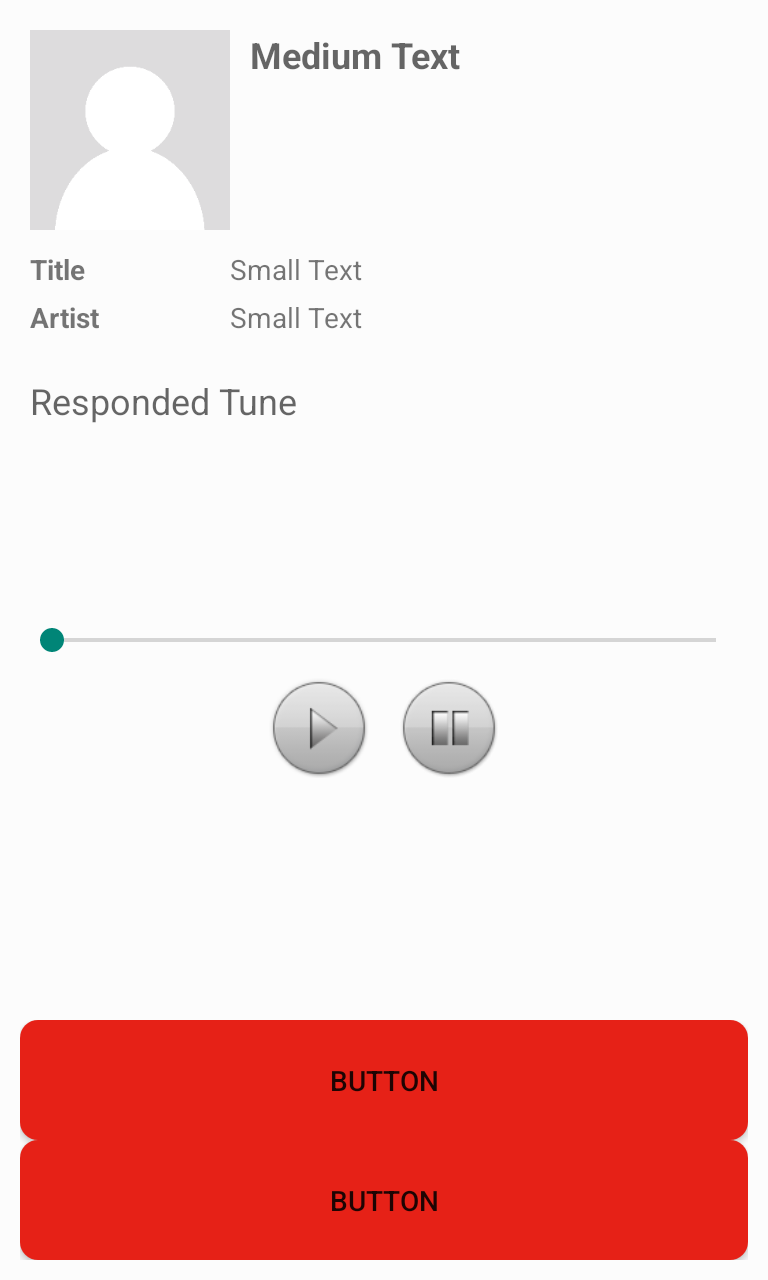
Repository: savindra/cutting-edge
Layout: Humzearch/res/layout/view_response_item.xml
An editor plug-in stored every save of this project. The layout is shown before and after the next save, followed by the edit.
It is drawn on a 768 x 1280 px phone screen (xhdpi) without system bars, with theme AppTheme; the app's code is not run.

Above is the layout before, as saved 2015-06-15 17:43:31.

### Humzearch/res/layout/view_response_item.xml
<?xml version="1.0" encoding="utf-8"?>
<RelativeLayout xmlns:android="http://schemas.android.com/apk/res/android"
    android:layout_width="match_parent"
    android:layout_height="match_parent"
    android:background="@color/background"
    android:orientation="vertical" >

    <ImageView
        android:id="@+id/imgViewResponseItemUser"
        android:layout_width="100dp"
        android:layout_height="100dp"
        android:layout_alignParentLeft="true"
        android:layout_alignParentTop="true"
        android:layout_marginLeft="15dp"
        android:layout_marginTop="15dp"
        android:src="@drawable/ic_default_user" />

    <LinearLayout
        android:id="@+id/linearLayout1"
        android:layout_width="wrap_content"
        android:layout_height="wrap_content"
        android:layout_alignParentLeft="true"
        android:layout_below="@+id/imgViewResponseItemUser"
        android:layout_marginLeft="15dp"
        android:layout_marginTop="10dp" >

        <TextView
            android:id="@+id/textView1"
            android:layout_width="100dp"
            android:layout_height="wrap_content"
            android:text="@string/title"
            android:textAppearance="?android:attr/textAppearanceSmall"
            android:textStyle="bold" />

        <TextView
            android:id="@+id/txtViewResponseItemTitle"
            android:layout_width="wrap_content"
            android:layout_height="wrap_content"
            android:text="Small Text"
            android:textAppearance="?android:attr/textAppearanceSmall" />
    </LinearLayout>

    <TextView
        android:id="@+id/txtViewResponseName"
        android:layout_width="wrap_content"
        android:layout_height="wrap_content"
        android:layout_alignTop="@+id/imgViewResponseItemUser"
        android:layout_marginLeft="10dp"
        android:layout_toRightOf="@+id/imgViewResponseItemUser"
        android:text="Medium Text"
        android:textAppearance="?android:attr/textAppearanceMedium"
        android:textStyle="bold" />

    <LinearLayout
        android:id="@+id/linearLayout2"
        android:layout_width="wrap_content"
        android:layout_height="wrap_content"
        android:layout_alignLeft="@+id/linearLayout1"
        android:layout_below="@+id/linearLayout1"
        android:layout_marginTop="5dp" >

        <TextView
            android:id="@+id/textView2"
            android:layout_width="100dp"
            android:layout_height="wrap_content"
            android:text="@string/artist"
            android:textAppearance="?android:attr/textAppearanceSmall"
            android:textStyle="bold" />

        <TextView
            android:id="@+id/textView3"
            android:layout_width="wrap_content"
            android:layout_height="wrap_content"
            android:text="Small Text"
            android:textAppearance="?android:attr/textAppearanceSmall" />
    </LinearLayout>

    <TextView
        android:id="@+id/textView4"
        android:layout_width="wrap_content"
        android:layout_height="wrap_content"
        android:layout_alignLeft="@+id/linearLayout2"
        android:layout_below="@+id/linearLayout2"
        android:layout_marginTop="20dp"
        android:text="@string/respondedtune"
        android:textAppearance="?android:attr/textAppearanceMedium" />

    <SeekBar
        android:id="@+id/seekBar1"
        android:layout_width="match_parent"
        android:layout_height="wrap_content"
        android:layout_alignParentLeft="true"
        android:layout_centerVertical="true"
        android:layout_margin="10dp" />

    <LinearLayout
        android:layout_width="match_parent"
        android:layout_height="wrap_content"
        android:layout_below="@+id/seekBar1"
        android:gravity="center" >

        <Button
            android:id="@+id/button1"
            android:layout_width="50dp"
            android:layout_height="50dp"
            android:layout_marginRight="15dp"
            android:background="@drawable/play_button" />

        <Button
            android:id="@+id/button2"
            android:layout_width="50dp"
            android:layout_height="50dp"
            android:background="@drawable/pause_button" />

    </LinearLayout>

    <LinearLayout
        android:layout_width="match_parent"
        android:layout_height="wrap_content"
        android:layout_alignParentBottom="true"
        android:layout_alignParentLeft="true"
        android:layout_margin="10dp"
        android:orientation="vertical" >

        <Button
            android:id="@+id/button3"
            android:layout_width="match_parent"
            android:layout_height="60dp"
            android:text="Button"
            android:background="@drawable/buttonshape" />

        <Button
            android:id="@+id/button4"
            android:layout_width="match_parent"
            android:layout_height="60dp"
            android:text="Button"
            android:background="@drawable/buttonshape" />
    </LinearLayout>

</RelativeLayout>

### Humzearch/res/values-v21/style.xml
<?xml version="1.0" encoding="utf-8"?>
<resources>
    <style name="AppTheme" parent="AppTheme.Base">
        <!-- Customize your theme using Material Design here. -->
    </style>
</resources>

### Humzearch/res/values/styles.xml
<resources>

    <!-- Base application theme. -->
    <style name="AppTheme" parent="AppTheme.Base"/>

    <style name="AppTheme.Base" parent="Theme.AppCompat.Light.DarkActionBar">
        <!-- Customize your theme here. -->

        <!-- colorPrimary is used for the default action bar background -->
        <item name="colorPrimary">@color/ColorPrimary</item>

        <!-- colorPrimaryDark is used for the status bar -->
        <item name="colorPrimaryDark">@color/ColorPrimaryDark</item>

        <!-- colorAccent is used as the default value for colorControlActivated
             which is used to tint widgets -->

        <!-- You can also set colorControlNormal, colorControlActivated
             colorControlHighlight & colorSwitchThumbNormal. -->

        <item name="homeAsUpIndicator">@drawable/ic_drawer</item>
		<item name="android:homeAsUpIndicator">@drawable/ic_drawer</item>
    </style>

    <style name="AppTheme.NoTitleBar" parent="Theme.AppCompat.Light.NoActionBar">
        <!-- Customize your theme here. -->

        <!-- colorPrimary is used for the default action bar background -->
        <item name="colorPrimary">@color/ColorPrimary</item>

        <!-- colorPrimaryDark is used for the status bar -->
        <item name="colorPrimaryDark">@color/ColorPrimaryDark</item>

        <!-- colorAccent is used as the default value for colorControlActivated
             which is used to tint widgets -->

        <!-- You can also set colorControlNormal, colorControlActivated
             colorControlHighlight & colorSwitchThumbNormal. -->
    </style>

    <style name="AppTheme.BackButton" parent="Theme.AppCompat.Light.DarkActionBar">
        <!-- Customize your theme here. -->

        <!-- colorPrimary is used for the default action bar background -->
        <item name="colorPrimary">@color/ColorPrimary</item>

        <!-- colorPrimaryDark is used for the status bar -->
        <item name="colorPrimaryDark">@color/ColorPrimaryDark</item>

        <!-- colorAccent is used as the default value for colorControlActivated
             which is used to tint widgets -->

        <!-- You can also set colorControlNormal, colorControlActivated
             colorControlHighlight & colorSwitchThumbNormal. -->
    </style>

    <style name="toolbar_bottom" parent="Widget.AppCompat.Toolbar">
    	<item name="contentInsetStart">0dp</item>
    	<item name="contentInsetEnd">0dp</item>
	</style>

</resources>

### Humzearch/res/values/color.xml
<?xml version="1.0" encoding="utf-8"?>
<resources>
    <color name="ColorPrimary">#e62117</color>
    <color name="ColorPrimaryDark">#c31c13</color>
    <color name="tabsScrollColor">#8a140e</color>
    <color name="fontblack">#000</color>

    <!-- Main menu colors -->
    <color name="list_item_title">#303030</color>
    <color name="list_background">#eee</color>
    <color name="list_background_pressed">#aaa</color>
    <color name="list_divider">#ccc</color>
    <color name="counter_text_bg">#626262</color>
    <color name="counter_text_color">#c5c4c4</color>

    <color name="button">#ccc</color>

    <color name="link">#909090</color>
    <color name="secondbar">#f5f5f5</color>
    <color name="background">#fcfcfc</color>

</resources>

### Humzearch/res/values/dimens.xml
<resources>

    <!-- Default screen margins, per the Android Design guidelines. -->
    <dimen name="activity_horizontal_margin">16dp</dimen>
    <dimen name="activity_vertical_margin">16dp</dimen>
    <dimen name="fontsize">18sp</dimen>

    <dimen name="title">17dp</dimen>
    <dimen name="rating">15dip</dimen>
    <dimen name="genre">13dip</dimen>
    <dimen name="year">12dip</dimen>

</resources>

### Humzearch/res/values/strings.xml
<?xml version="1.0" encoding="utf-8"?>
<resources>

    <string name="app_name">Humzearch</string>
    <string name="hello_world">Hello world!</string>
    <string name="action_settings">Settings</string>
    <string name="username">Username</string>
    <string name="email">Email</string>
    <string name="password">Password</string>
    <string name="login">Login</string>
    <string name="firstname">First Name</string>
    <string name="fullname">Full Name</string>
    <string name="firstandlast">First and Last Name</string>
    <string name="passwordhint">At least 6 characters</string>
    <string name="confirmpass">Confirm Password</string>
    <string name="logout">Logout</string>

    <!-- Nav Drawer Menu Items -->
    <string-array name="main_menu_items">
        <item >Record Tune</item>
        <item >View Tunes</item>
        <item >View Responses</item>
        <item >Rewards</item>
        <item >Messages</item>
        <item >My Account</item>
    </string-array>

    <!-- Nav Drawer List Item Icons -->
    <array name="main_menu_icons">
        <item>@drawable/ic_recordtune</item>
        <item>@drawable/ic_viewtune</item>
        <item>@drawable/ic_viewresponse</item>
        <item>@drawable/ic_reward</item>
        <item>@drawable/ic_messages</item>
        <item>@drawable/ic_myaccount</item>
    </array>

    <string name="desc_list_item_icon">Item Icon</string>

    <string name="timerstart">00:00</string>

    <string name="taptorecord">Tap to Record</string>

    <string name="playpreview">Play Preview</string>

    <string name="notsatisfied">Not satisfied with results?</string>

    <string name="sharewithcommunity">SHARE WITH COMMUNITY</string>

    <!-- Language List -->
    <string-array name="language_array">
        <item>-- Not Selected --</item>
        <item>English</item>
        <item>Chinese/Mandarin</item>
        <item>Spanish</item>
        <item>Arabic</item>
        <item>Hindi</item>
        <item>Russain</item>
        <item>Sinhalese</item>
    </string-array>

    <!-- Country List -->
    <string-array name="countries_array">
        <item>Not Selected</item>
	    <item>Afghanistan</item>
	    <item>Albania</item>
	    <item>Algeria</item>
	    <item>American Samoa</item>
	    <item>Andorra</item>
	    <item>Angola</item>
	    <item>Anguilla</item>
	    <item>Antarctica</item>
	    <item>Antigua and Barbuda</item>
	    <item>Argentina</item>
	    <item>Armenia</item>
	    <item>Aruba</item>
	    <item>Australia</item>
	    <item>Austria</item>
	    <item>Azerbaijan</item>
	    <item>Bahrain</item>
	    <item>Bangladesh</item>
	    <item>Barbados</item>
	    <item>Belarus</item>
	    <item>Belgium</item>
	    <item>Belize</item>
	    <item>Benin</item>
	    <item>Bermuda</item>
	    <item>Bhutan</item>
	    <item>Bolivia</item>
	    <item>Bosnia and Herzegovina</item>
	    <item>Botswana</item>
	    <item>Bouvet Island</item>
	    <item>Brazil</item>
	    <item>British Indian Ocean Territory</item>
	    <item>British Virgin Islands</item>
	    <item>Brunei</item>
	    <item>Bulgaria</item>
	    <item>Burkina Faso</item>
	    <item>Burundi</item>
	    <item>Cambodia</item>
	    <item>Cameroon</item>
	    <item>Canada</item>
	    <item>Cape Verde</item>
	    <item>Cayman Islands</item>
	    <item>Central African Republic</item>
	    <item>Chad</item>
	    <item>Chile</item>
	    <item>China</item>
	    <item>Christmas Island</item>
	    <item>Cocos (Keeling) Islands</item>
	    <item>Colombia</item>
	    <item>Comoros</item>
	    <item>Congo</item>
	    <item>Cook Islands</item>
	    <item>Costa Rica</item>
	    <item>Cote d\'Ivoire</item>
	    <item>Croatia</item>
	    <item>Cuba</item>
	    <item>Cyprus</item>
	    <item>Czech Republic</item>
	    <item>Democratic Republic of the Congo</item>
	    <item>Denmark</item>
	    <item>Djibouti</item>
	    <item>Dominica</item>
	    <item>Dominican Republic</item>
	    <item>East Timor</item>
	    <item>Ecuador</item>
	    <item>Egypt</item>
	    <item>El Salvador</item>
	    <item>Equatorial Guinea</item>
	    <item>Eritrea</item>
	    <item>Estonia</item>
	    <item>Ethiopia</item>
	    <item>Faeroe Islands</item>
	    <item>Falkland Islands</item>
	    <item>Fiji</item>
	    <item>Finland</item>
	    <item>Former Yugoslav Republic of Macedonia</item>
	    <item>France</item>
	    <item>French Guiana</item>
	    <item>French Polynesia</item>
	    <item>French Southern Territories</item>
	    <item>Gabon</item>
	    <item>Georgia</item>
	    <item>Germany</item>
	    <item>Ghana</item>
	    <item>Gibraltar</item>
	    <item>Greece</item>
	    <item>Greenland</item>
	    <item>Grenada</item>
	    <item>Guadeloupe</item>
	    <item>Guam</item>
	    <item>Guatemala</item>
	    <item>Guinea</item>
	    <item>Guinea-Bissau</item>
	    <item>Guyana</item>
	    <item>Haiti</item>
	    <item>Heard Island and McDonald Islands</item>
	    <item>Honduras</item>
	    <item>Hong Kong</item>
	    <item>Hungary</item>
	    <item>Iceland</item>
	    <item>India</item>
	    <item>Indonesia</item>
	    <item>Iran</item>
	    <item>Iraq</item>
	    <item>Ireland</item>
	    <item>Israel</item>
	    <item>Italy</item>
	    <item>Jamaica</item>
	    <item>Japan</item>
	    <item>Jordan</item>
	    <item>Kazakhstan</item>
	    <item>Kenya</item>
	    <item>Kiribati</item>
	    <item>Kuwait</item>
	    <item>Kyrgyzstan</item>
	    <item>Laos</item>
	    <item>Latvia</item>
	    <item>Lebanon</item>
	    <item>Lesotho</item>
	    <item>Liberia</item>
	    <item>Libya</item>
	    <item>Liechtenstein</item>
	    <item>Lithuania</item>
	    <item>Luxembourg</item>
	    <item>Macau</item>
	    <item>Madagascar</item>
	    <item>Malawi</item>
	    <item>Malaysia</item>
	    <item>Maldives</item>
	    <item>Mali</item>
	    <item>Malta</item>
	    <item>Marshall Islands</item>
	    <item>Martinique</item>
	    <item>Mauritania</item>
	    <item>Mauritius</item>
	    <item>Mayotte</item>
	    <item>Mexico</item>
	    <item>Micronesia</item>
	    <item>Moldova</item>
	    <item>Monaco</item>
	    <item>Mongolia</item>
	    <item>Montenegro</item>
	    <item>Montserrat</item>
	    <item>Morocco</item>
	    <item>Mozambique</item>
	    <item>Myanmar</item>
	    <item>Namibia</item>
	    <item>Nauru</item>
	    <item>Nepal</item>
	    <item>Netherlands</item>
	    <item>Netherlands Antilles</item>
	    <item>New Caledonia</item>
	    <item>New Zealand</item>
	    <item>Nicaragua</item>
	    <item>Niger</item>
	    <item>Nigeria</item>
	    <item>Niue</item>
	    <item>Norfolk Island</item>
	    <item>North Korea</item>
	    <item>Northern Marianas</item>
	    <item>Norway</item>
	    <item>Oman</item>
	    <item>Pakistan</item>
	    <item>Palau</item>
	    <item>Panama</item>
	    <item>Papua New Guinea</item>
	    <item>Paraguay</item>
	    <item>Peru</item>
	    <item>Philippines</item>
	    <item>Pitcairn Islands</item>
	    <item>Poland</item>
	    <item>Portugal</item>
	    <item>Puerto Rico</item>
	    <item>Qatar</item>
	    <item>Reunion</item>
	    <item>Romania</item>
	    <item>Russia</item>
	    <item>Rwanda</item>
	    <item>Sqo Tome and Principe</item>
	    <item>Saint Helena</item>
	    <item>Saint Kitts and Nevis</item>
	    <item>Saint Lucia</item>
	    <item>Saint Pierre and Miquelon</item>
	    <item>Saint Vincent and the Grenadines</item>
	    <item>Samoa</item>
	    <item>San Marino</item>
	    <item>Saudi Arabia</item>
	    <item>Senegal</item>
	    <item>Serbia</item>
	    <item>Seychelles</item>
	    <item>Sierra Leone</item>
	    <item>Singapore</item>
	    <item>Slovakia</item>
	    <item>Slovenia</item>
	    <item>Solomon Islands</item>
	    <item>Somalia</item>
	    <item>South Africa</item>
	    <item>South Georgia and the South Sandwich Islands</item>
	    <item>South Korea</item>
	    <item>South Sudan</item>
	    <item>Spain</item>
	    <item>Sri Lanka</item>
	    <item>Sudan</item>
	    <item>Suriname</item>
	    <item>Svalbard and Jan Mayen</item>
	    <item>Swaziland</item>
	    <item>Sweden</item>
	    <item>Switzerland</item>
	    <item>Syria</item>
	    <item>Taiwan</item>
	    <item>Tajikistan</item>
	    <item>Tanzania</item>
	    <item>Thailand</item>
	    <item>The Bahamas</item>
	    <item>The Gambia</item>
	    <item>Togo</item>
	    <item>Tokelau</item>
	    <item>Tonga</item>
	    <item>Trinidad and Tobago</item>
	    <item>Tunisia</item>
	    <item>Turkey</item>
	    <item>Turkmenistan</item>
	    <item>Turks and Caicos Islands</item>
	    <item>Tuvalu</item>
	    <item>Virgin Islands</item>
	    <item>Uganda</item>
	    <item>Ukraine</item>
	    <item>United Arab Emirates</item>
	    <item>United Kingdom</item>
	    <item>United States</item>
	    <item>United States Minor Outlying Islands</item>
	    <item>Uruguay</item>
	    <item>Uzbekistan</item>
	    <item>Vanuatu</item>
	    <item>Vatican City</item>
	    <item>Venezuela</item>
	    <item>Vietnam</item>
	    <item>Wallis and Futuna</item>
	    <item>Western Sahara</item>
	    <item>Yemen</item>
	    <item>Yugoslavia</item>
	    <item>Zambia</item>
	    <item>Zimbabwe</item>
 	</string-array>
	    <string name="artist">Artist</string>
	    <string name="language">Language</string>
	    <string name="country">Country</string>
	    <string name="year">Year</string>
	    <string name="share">Share</string>
	    <string name="playtune">Play Tune</string>
	    <string name="addresponse">ADD RESPONSE</string>
	    <string name="title">Title</string>
	    <string name="alltunes">All Tunes</string>
	    <string name="mytunes">My Tunes</string>
	    <string name="deletepermanently">Delete Permanently</string>
	    <string name="respondedtune">Responded Tune</string>

</resources>

### Humzearch/res/drawable/play_button.xml
<?xml version="1.0" encoding="utf-8"?>
<selector xmlns:android="http://schemas.android.com/apk/res/android">
    <item android:drawable="@drawable/ic_play_pressed"
          android:state_pressed="true" />
    <item android:drawable="@drawable/ic_play_focussed"
          android:state_focused="true" />
    <item android:drawable="@drawable/ic_play_normal" />
</selector>

### Humzearch/res/drawable/pause_button.xml
<?xml version="1.0" encoding="utf-8"?>
<selector xmlns:android="http://schemas.android.com/apk/res/android">
    <item android:drawable="@drawable/ic_pause_pressed"
          android:state_pressed="true" />
    <item android:drawable="@drawable/ic_pause_focussed"
          android:state_focused="true" />
    <item android:drawable="@drawable/ic_pause_normal" />
</selector>

### Humzearch/res/drawable/buttonshape.xml
<?xml version="1.0" encoding="utf-8"?>
<shape xmlns:android="http://schemas.android.com/apk/res/android" android:shape="rectangle" >
	<corners
		android:radius="9dp"
	/>
	<solid
		android:color="#e62117"
	/>
	<padding
		android:left="0dp"
		android:top="0dp"
		android:right="0dp"
		android:bottom="0dp"
	/>
</shape>

After the next save:
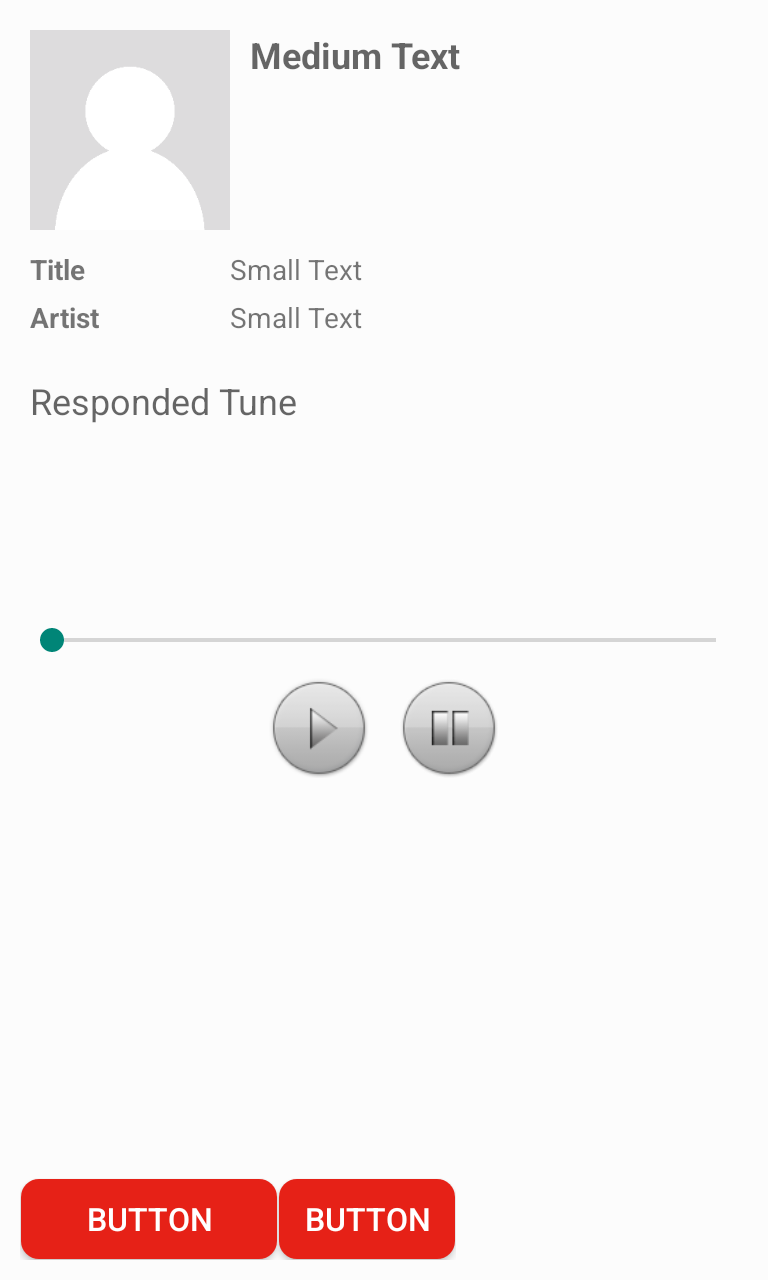
Saved 2 min 32 s later.
--- a/Humzearch/res/layout/view_response_item.xml
+++ b/Humzearch/res/layout/view_response_item.xml
@@ -115,26 +115,34 @@
     </LinearLayout>
 
     <LinearLayout
-        android:layout_width="match_parent"
+        android:layout_width="wrap_content"
         android:layout_height="wrap_content"
         android:layout_alignParentBottom="true"
         android:layout_alignParentLeft="true"
         android:layout_margin="10dp"
-        android:orientation="vertical" >
+        android:orientation="horizontal" >
 
         <Button
             android:id="@+id/button3"
-            android:layout_width="match_parent"
-            android:layout_height="60dp"
+            android:layout_width="128dp"
+            android:layout_height="40dp"
+            android:layout_marginBottom="5dp"
+            android:layout_margin="0.5"
+            android:background="@drawable/buttonshape"
             android:text="Button"
-            android:background="@drawable/buttonshape" />
+            android:textColor="#FFFFFF"
+            android:textSize="16sp" />
 
         <Button
             android:id="@+id/button4"
-            android:layout_width="match_parent"
-            android:layout_height="60dp"
+            android:layout_width="wrap_content"
+            android:layout_height="40dp"
+            android:layout_margin="0.5"
+            android:background="@drawable/buttonshape"
             android:text="Button"
-            android:background="@drawable/buttonshape" />
+            android:textColor="#FFFFFF"
+            android:textSize="16sp" />
+
     </LinearLayout>
 
 </RelativeLayout>
